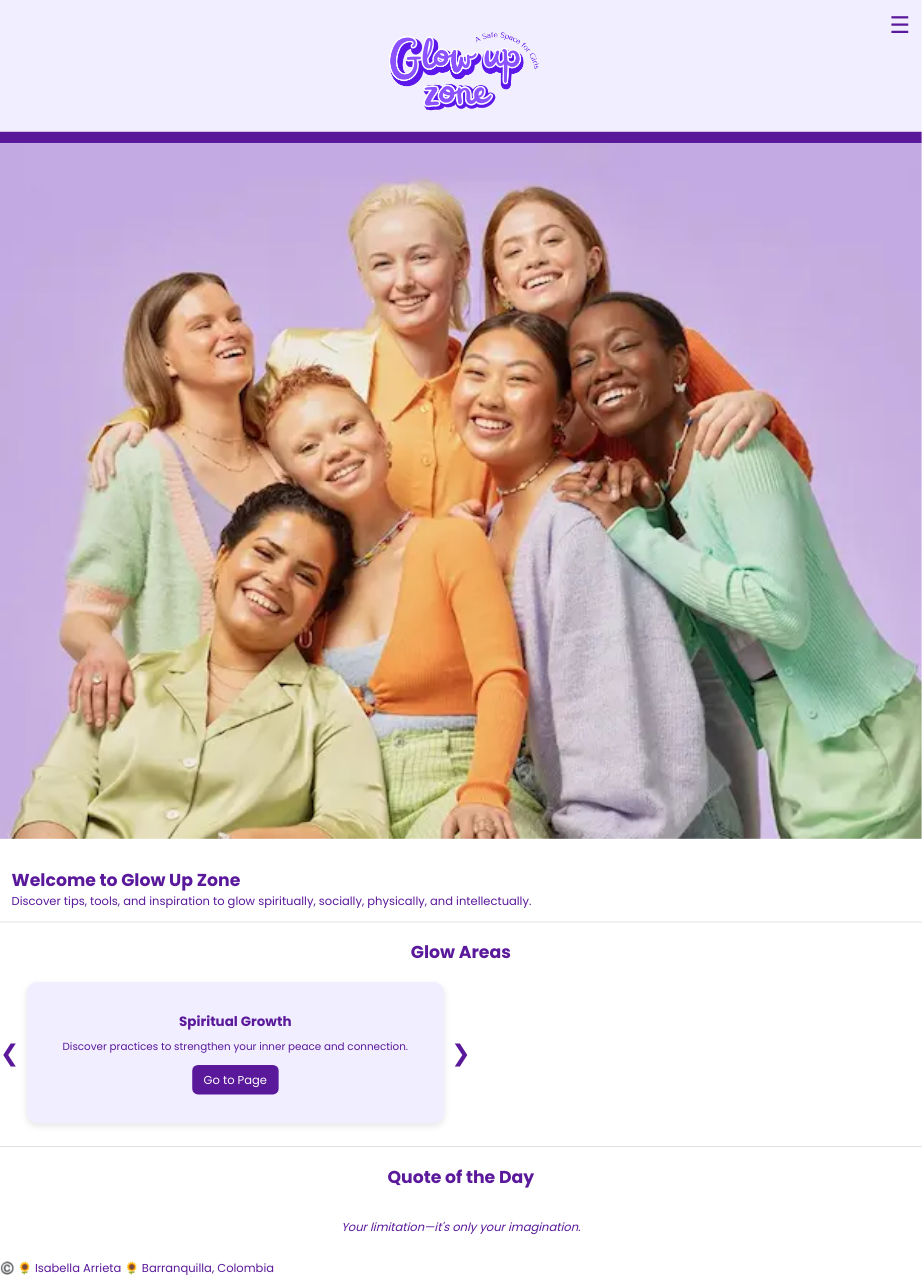
Repository: isaAJ05/wdd131
Page: final-project/final-project.html
An editor plug-in stored every save of this project. The page is shown before and after the next save, followed by the edit.
The browser window is 1280 px wide. The pictures show the whole page, at 72% of full size.

Above is the page before, as saved 2025-08-09 01:30:57.

### final-project/final-project.html
<!DOCTYPE html>
<html lang="en">
<head>
    <meta charset="UTF-8">
    <meta name="viewport" content="width=device-width, initial-scale=1.0">
    <title>WDD 131 – Glow Up Zone</title>
    <meta name="description" content="WDD 131 – This website is a positive and inspiring space for girls who want to improve different areas of their lives. It will include tips and resources organized into four sections: Spiritual, Social, Physical, and Intellectual.">
    <meta name="author" content="Isabella Arrieta">
    <link rel="stylesheet" href="styles/final-project.css">
    <link rel="stylesheet" href="styles/final-project-large.css">
    <link rel="preconnect" href="https://fonts.googleapis.com">
    <link rel="preconnect" href="https://fonts.gstatic.com" crossorigin>
    <link href="https://fonts.googleapis.com/css2?family=Nunito:wght@300;400;700&family=Poppins:wght@400;600;700&family=Quicksand:wght@400;500;700&display=swap" rel="stylesheet">
    <script src="scripts/final-project.js" defer></script>
</head>
<body>
    <header>
        <div class="title">
            <img src="images/logo.png" alt="" title="">
        </div>
        <button type="button" id="menu" title="Hambutton"></button>
        <nav>
            <ul class="navigation">
			<li><a href="#" class="home">Home</a></li>
			<li><a href="#" class="old">Old</a></li>
			<li><a href="#" class="new">New</a></li>
			<li><a href="#" class="large">Large</a></li>
			<li><a href="#" class="small">Small</a></li>
		</ul>
        </nav>
    </header>
    <main>
        <div class="hero">
            <picture>
            <source media="(min-width: 700px)" srcset="">
            <img src="images/glow-2.webp" alt="" title="">
            </picture>
        </div>
        <section >
                <div class="one">
                <h1>Welcome to Glow Up Zone</h2>
                <p>Discover tips, tools, and inspiration to glow spiritually, socially, physically, and intellectually.</p>
                </div>
        </section>
        <div class="two">
        <h2>Glow Areas</h2>
        <section class="cards">
        <button class="arrow left">&#10094;</button>
        <div class="cards-container">
            <div class="card">
                <div class="card2">
                <h3 id="card-title"></h3>
                <p id="card-text"></p>
                <a id="card-link" href="#" class="btn">Go to Page</a>
                </div>
            </div>
        </div>
        <button class="arrow right">&#10095;</button>
        </div>
        </section>
        <section>
            <div class="quote">
                <h2>Quote of the Day</h2>
                <p id="quote-text"></p>
            </div>
        </section>

    </main>
    <footer>
            <p>
            ©️<span id="currentyear"></span> 🌻 Isabella Arrieta 🌻 Barranquilla, Colombia
        </p>
        <p class="last-modified">
            <span id="lastModified"></span>
        </p>
    </footer>

</body>
</html>

### final-project/styles/final-project.css
:root {
    --primary-color: #5a189a;
    --secondary-color: #06d6a0;
    --thirdary-color: #ff6f91;
    --accent-color: #3a86ff;
    --background-color: #f1efff;
    --font-one: "Poppins", sans-serif;
    --font-two: "Nunito", sans-serif;
    --font-three: "Quicksand", sans-serif;
}
* {
    box-sizing: border-box;
    margin: 0;
    padding: 0;
}

body {
    font-family: var(--font-one);
    color: var(--primary-color);
}

.title {
    text-align: center;
    background-color: var(--background-color);
}
.title img {
    width: 350px;
    height: auto;
}
.hero img{
    width: 100%;
    height: auto;
}
.one{
    border-bottom: #D6D6D6 1px solid;
    padding: 1rem;
    margin: 1rem 0;
}
nav{
    display: block;
    background-color: var(--primary-color);
}

#menu {
	font-size: 2rem;
	border: 0;
	background: none;
	position: absolute;
	top: 1rem;
	right: 1rem;
}

#menu::before {
	content: "☰";
    color: var(--primary-color);
}

#menu.open::before {
	content: "✖";
    color: white;
}

.navigation {
	list-style: none;
	display: flex;
	flex-direction: column;
    color: #fff;
    padding-top: 1rem;
    background-color: none;
}

.navigation a {
	display: none;
	color: #fff;
	text-align: center;
	text-decoration: none;
    padding: 0.5rem;
    font-size: 1rem;


}

.navigation a:hover {
	text-decoration: underline;
	background-color: #eee;
	color: #000;
}
.open a {
	display: block;
}
.open img{
    display: none;
}
h2{
    padding: 0.5rem;
    margin: 1rem 0;
    text-align: center;
}
.cards {
    display: flex;
    align-items: center;
    width: 100%;
}

.card {
    min-width: 80%;
    margin: 0 10px;
    padding: 20px;
    background: var(--background-color);
    border-radius: 15px;
    box-shadow: 0 4px 10px rgba(0,0,0,0.1);
    text-align: center;
}
.card2 {
    min-width: 80%;
    margin: 0 10px;
    padding: 20px;
    background: var(--background-color);
    text-align: center;
}

.card h3 {
    color: var(--primary-color);
    margin-bottom: 10px;
}

.card p {
    font-size: 0.9rem;
    margin-bottom: 15px;
}

.btn {
    display: inline-block;
    background: var(--primary-color);
    color: white;
    padding: 8px 16px;
    border-radius: 8px;
    text-decoration: none;
}
.btn:hover {
	background-color: var(--secondary-color);
    cursor: pointer;
	border: 1px solid gray;
}

.arrow {
    background: none;
    border: none;
    font-size: 2rem;
    cursor: pointer;
    color: var(--primary-color);
}
.two{
    border-bottom: #D6D6D6 1px solid;
    padding-bottom: 2rem;
}
.quote{
    background: var(--p-color);

}
.quote p{
    font-style: italic;
    text-align: center;
    padding: 1rem;
    margin: 1rem 0;
}

### final-project/scripts/final-project.js
const hamButton = document.querySelector('#menu');
const navigation = document.querySelector('.navigation');
const title = document.querySelector('.title');

hamButton.addEventListener('click', () => {
	navigation.classList.toggle('open');
    hamButton.classList.toggle('open');
    title.classList.toggle('open');
});
const cardsData = [
    {
        title: "Spiritual Growth",
        text: "Discover practices to strengthen your inner peace and connection.",
        link: "spiritual.html"
    },
    {
        title: "Social Skills",
        text: "Learn how to connect, communicate, and build strong relationships.",
        link: "social.html"
    },
    {
        title: "Intellectual Growth",
        text: "Boost your mind with tips, knowledge, and creative thinking.",
        link: "intellectual.html"
    },
    {
        title: "Physical Wellness",
        text: "Stay active and healthy with routines and self-care habits.",
        link: "physical.html"
    }
];

let currentIndex = 0;

const cardTitle = document.getElementById("card-title");
const cardText = document.getElementById("card-text");
const cardLink = document.getElementById("card-link");

function updateCard() {
    cardTitle.textContent = cardsData[currentIndex].title;
    cardText.textContent = cardsData[currentIndex].text;
    cardLink.href = cardsData[currentIndex].link;
}

document.querySelector(".arrow.right").addEventListener("click", () => {
    currentIndex = (currentIndex + 1) % cardsData.length;
    updateCard();
});

document.querySelector(".arrow.left").addEventListener("click", () => {
    currentIndex = (currentIndex - 1 + cardsData.length) % cardsData.length;
    updateCard();
});

updateCard();

const quotes = [
    "The best way to get started is to quit talking and begin doing.",
    "Do something today that your future self will thank you for.",
    "Don't watch the clock; do what it does. Keep going.",
    "Your limitation—it's only your imagination.",
    "Great things never come from comfort zones.",
    "Dream it. Wish it. Do it.",
    "Push yourself, because no one else is going to do it for you."
];

function getQuoteOfTheDay() {
    const today = new Date().toDateString();
    const savedDate = localStorage.getItem("quoteDate");
    const savedQuote = localStorage.getItem("quoteText");

    if (savedDate === today && savedQuote) {
        return savedQuote;
    } else {
        const randomIndex = Math.floor(Math.random() * quotes.length);
        const newQuote = quotes[randomIndex];
        localStorage.setItem("quoteDate", today);
        localStorage.setItem("quoteText", newQuote);
        return newQuote;
    }
}

document.getElementById("quote-text").textContent = getQuoteOfTheDay();

Loaded but not shown: final-project/styles/final-project-large.css (no copy from this time; the picture is the same without it)

After the next save:
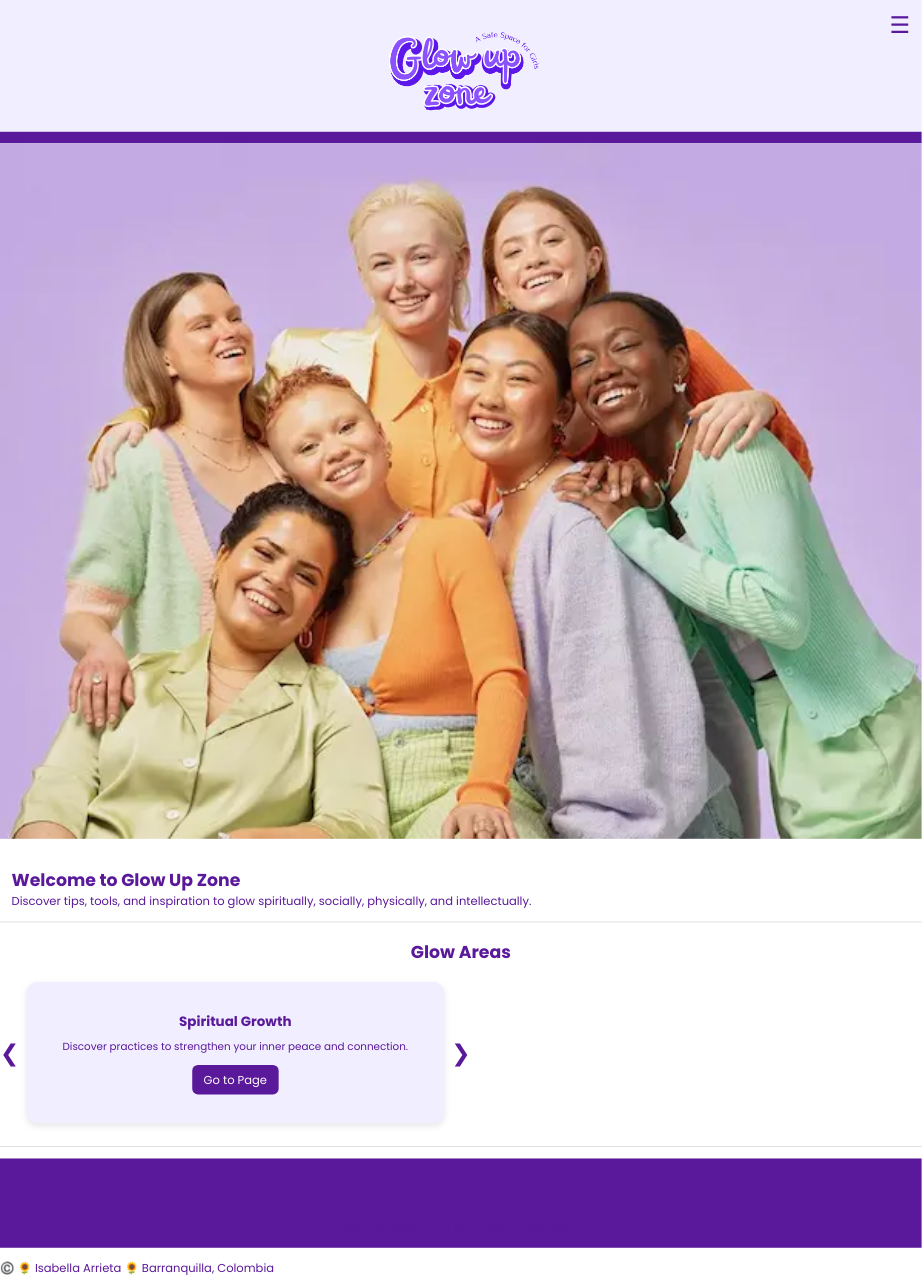
Saved 5 s later.
--- a/final-project/styles/final-project.css
+++ b/final-project/styles/final-project.css
@@ -155,7 +155,7 @@ h2{
     padding-bottom: 2rem;
 }
 .quote{
-    background: var(--p-color);
+    background: var(--primary-color);
 
 }
 .quote p{
